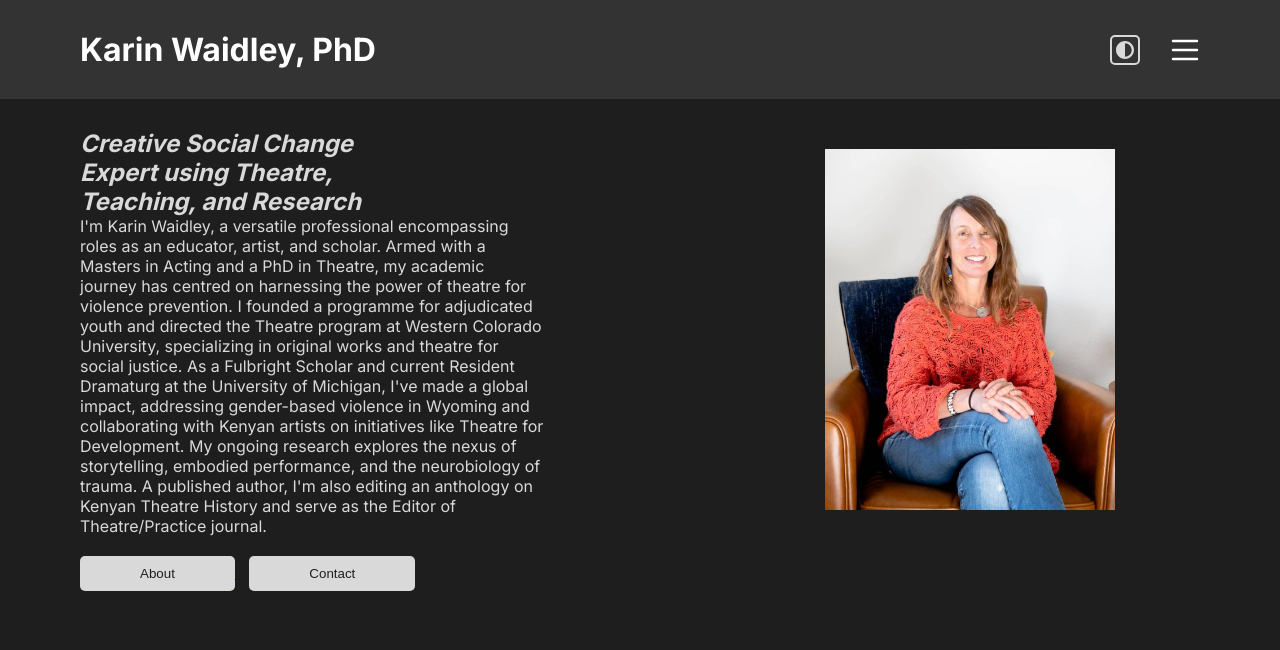
Repository: Ceasor7/Karin
Page: index.html
The author's editor kept a copy of each file at every save. The page is drawn from the files as they stood at one save, then again after the next save.
The browser window is 1280 px wide. The pictures show the whole page.

Above is the page before, as saved 2023-12-15 17:51:33.

After the next save:
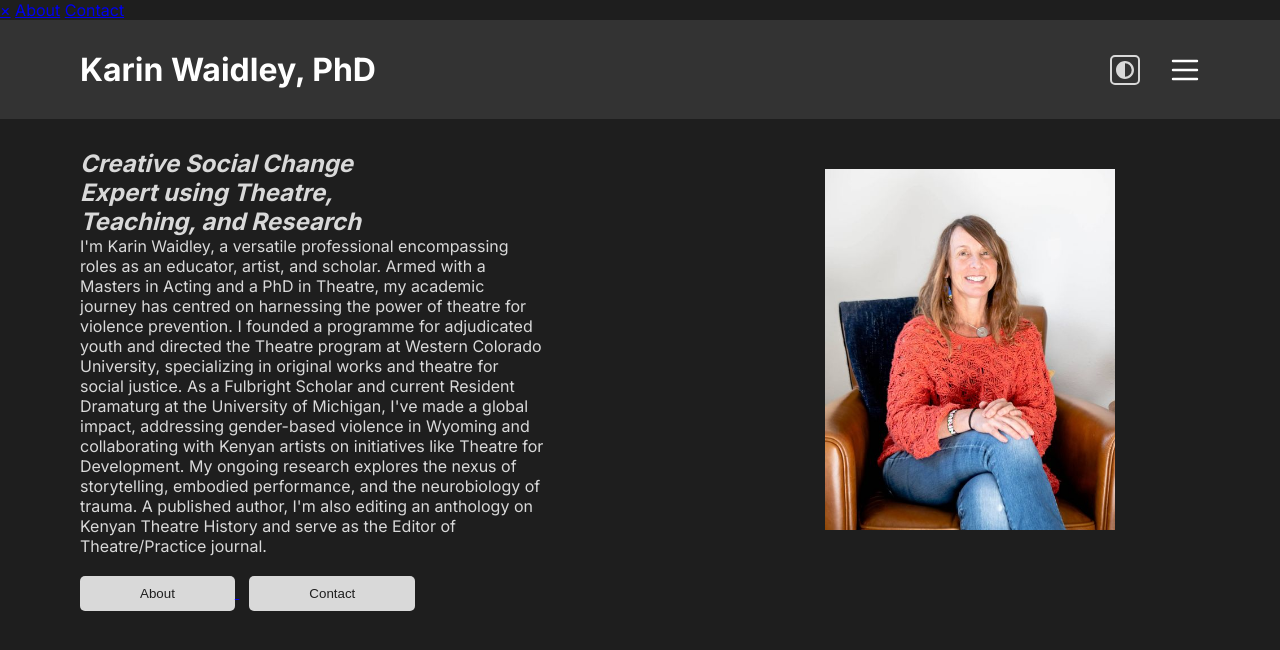
Saved 41 s later.
--- a/index.html
+++ b/index.html
@@ -188,6 +188,11 @@
 </head>
 
 <body>
+    <div id="mySidebar" class="sidebar">
+        <a href="javascript:void(0)" class="closebtn" onclick="closeNav()">×</a>
+        <a href="#">About</a>
+        <a href="#">Contact</a>
+    </div>
     <header>
         <div class="navbar">
             <div class="navbar-logo">Karin Waidley, PhD</div>
